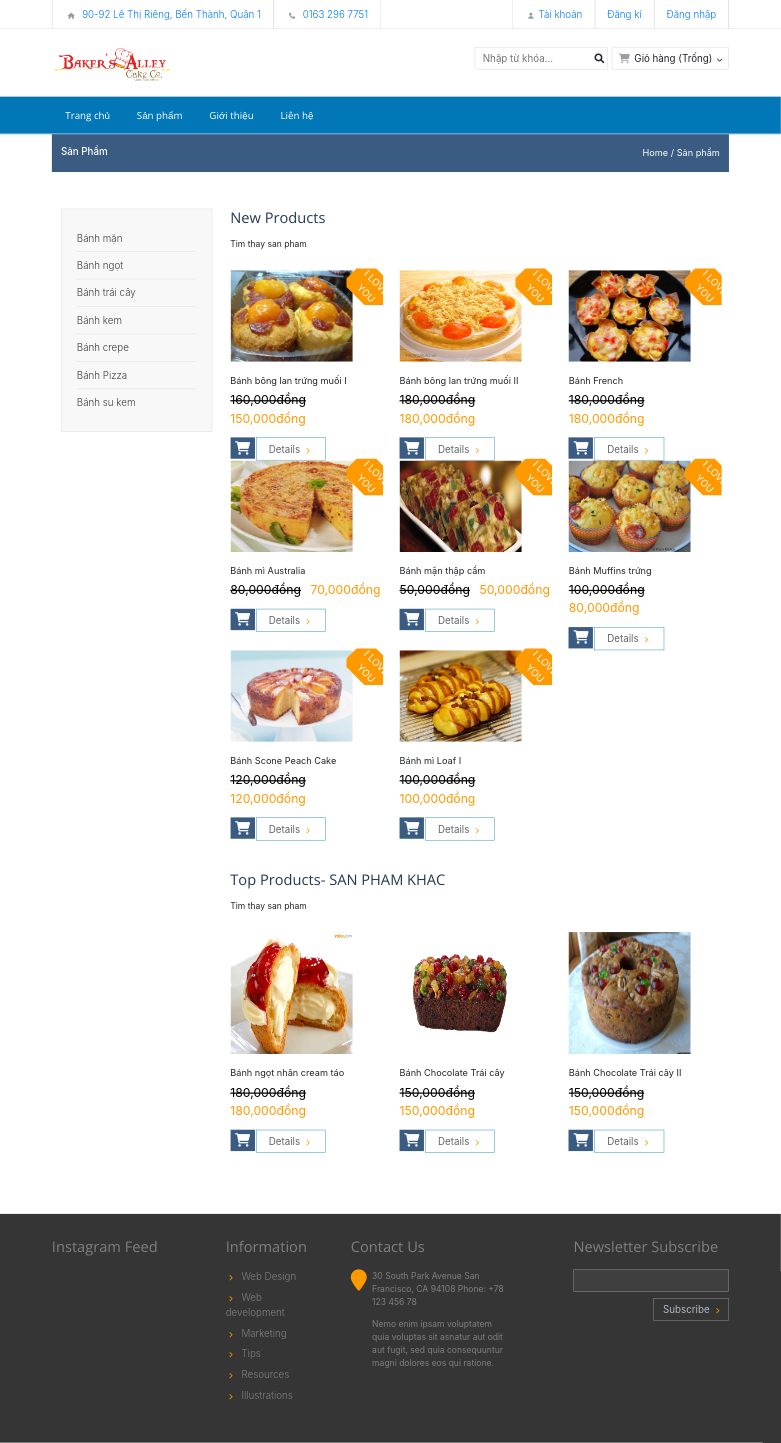
Repository: thidieu2005/Cake-Shop
Page: http://localhost/type-product/1
These files come from the project's save history. The page is drawn as it stood at one moment and after the next save; the edit follows.
The browser window is 1280 px wide. The pictures show the whole page, at 61% of full size.
Some web fonts or font styles are not loaded; a fallback is used. Some web libraries are served in a nearby version. The page is served by the project's Laravel application, run on PHP 8.4 with Laravel 10. Other server files are loaded and not shown. The database holds what the project's SQL file puts in it.

Above is the page before, as saved 2025-03-18 08:39:07.

### resources/views/page/loai_sanpham.blade.php
<meta charset="utf-8">
<meta name="viewport" content="width=device-width, initial-scale=1.0">
<meta name="description" content="">
<meta name="author" content="">
<title>Home | E-Shopper</title>
<link href='http://fonts.googleapis.com/css?family=Dosis:300,400' rel='stylesheet' type='text/css'>
<link href='http://fonts.googleapis.com/css?family=Open+Sans:400,300' rel='stylesheet' type='text/css'>
<link rel="stylesheet" href="http://netdna.bootstrapcdn.com/bootstrap/3.1.0/css/bootstrap.min.css">
<link rel="stylesheet" href="{{ asset('source/assets/dest/css/font-awesome.min.css') }}">
<link rel="stylesheet" href="{{ asset('source/assets/dest/vendors/colorbox/example3/colorbox.css') }}">
<link rel="stylesheet" href="{{ asset('source/assets/dest/rs-plugin/css/settings.css') }}">
<link rel="stylesheet" href="{{ asset('source/assets/dest/rs-plugin/css/responsive.css') }}">
<link rel="stylesheet" href="{{ asset('source/assets/dest/css/animate.css') }}">
<link rel="stylesheet" title="style" href="{{ asset('source/assets/dest/css/huong-style.css') }}">
<link rel="stylesheet" href="{{ asset('source/assets/dest/css/style.css') }}">
<!--[if lt IE 9]>
    <script src="js/html5shiv.js"></script>
    <script src="js/respond.min.js"></script>
    <![endif]-->
<link rel="shortcut icon" href="{{ asset('eshopper/images/ico/favicon.ico') }}">
<link rel="apple-touch-icon-precomposed" sizes="144x144" href="{{ asset('eshopper/images/ico/apple-touch-icon-144-precomposed.png') }}">
<link rel="apple-touch-icon-precomposed" sizes="114x114" href="{{ asset('eshopper/images/ico/apple-touch-icon-114-precomposed.png') }}">
<link rel="apple-touch-icon-precomposed" sizes="72x72" href="{{ asset('eshopper/images/ico/apple-touch-icon-72-precomposed.png') }}">
<link rel="apple-touch-icon-precomposed" href="{{ asset('eshopper/images/ico/apple-touch-icon-57-precomposed.png') }}">

@extends('layouts.master')
@section('content')
<div class="inner-header">
    <div class="container">
        <div class="pull-left">
            <h6 class="inner-title">Sản phẩm</h6>
        </div>
        <div class="pull-right">
            <div class="beta-breadcrumb font-large">
                <a href="/trangchu">Home</a> / <span>Sản phẩm</span>
            </div>
        </div>
        <div class="clearfix"></div>
    </div>
</div>
<div class="container">
    <div id="content" class="space-top-none">
        <div class="main-content">
            <div class="space60">&nbsp;</div>
            <div class="row">
                <div class="col-sm-3">
                    <ul class="aside-menu">
                        @foreach($type_product as $lsp)
                        <li><a href="{{route('type-product', $lsp->id)}}">{{$lsp->name}}</a></li>
                        @endforeach
                    </ul>
                </div>
                <div class="col-sm-9">
                    <div class="beta-products-list">
                        <h4>New Products</h4>
                        <div class="beta-products-details">
                            <p class="pull-left">Tim thay san pham</p>
                            <div class="clearfix"></div>
                        </div>

                        <div class="row">
                            @foreach($sp_theoloai as $sp)
                            <div class="col-sm-4">
                                <div class="single-item">
                                    @if($sp->promotion_price!=0)
                                    <div class="ribbon-wrapper">
                                        <div class="ribbon sale">i love you</div>
                                    </div>
                                    @endif
                                    <div class="single-item-header">
                                        <a href="product.html"><img width="200" height="150" src="/source/image/product/{{$sp->image}}" alt=""></a>
                                    </div>
                                    <div class="single-item-body" style="font-size: 18px">
                                        <p class="single-item-title">{{$sp->name}}</p>
                                        <p class="single-item-price">
                                            @if($sp->promotion_price==0)
                                            <span class="flash-sale">{{number_format($sp->unit_price)}}đồng</span>
                                            @else
                                            <span class="flash-del">{{number_format($sp->unit_price)}}đồng</span>
                                            <span class="flash-sale">{{number_format($sp->promotion_price)}}đồng</span>
                                            @endif
                                        </p>
                                    </div>
                                    <div class="single-item-caption">
                                        <a class="add-to-cart pull-left" href="shopping_cart.html"><i class="fa fa-shopping-cart"></i></a>
                                        <a class="beta-btn primary" href="product.html">Details <i class="fa fa-chevron-right"></i></a>
                                        <div class="clearfix"></div>
                                    </div>
                                </div>
                            </div>
                            @endforeach
                        </div>

                    </div> <!-- .beta-products-list -->

                    <div class="space50">&nbsp;</div>

                    <div class="beta-products-list">
                        <h4>Top Products- SAN PHAM KHAC</h4>
                        <div class="beta-products-details">
                            <p class="pull-left">Tim thay san pham</p>
                            <div class="clearfix"></div>
                        </div>
                        <div class="row">
                            @foreach($sp_khac as $sp_khac)
                            <div class="col-sm-4">
                                <div class="single-item">
                                    <div class="single-item-header">
                                        <a href="product.html"><img width="200" height="200" src="/source/image/product/{{$sp_khac->image}}" alt=""></a>
                                    </div>
                                    <div class="single-item-body" style="font-size: 18px">
                                        <p class="single-item-title">{{$sp_khac->name}}</p>
                                        <p class="single-item-price">
                                            @if($sp_khac->promotion_price==0)
                                            <span class="flash-sale">{{number_format($sp_khac->unit_price)}}đồng</span>
                                            @else
                                            <span class="flash-del">{{number_format($sp_khac->unit_price)}}đồng</span>
                                            <span class="flash-sale">{{number_format($sp_khac->promotion_price)}}đồng</span>
                                            @endif
                                        </p>
                                    </div>
                                    <div class="single-item-caption">
                                        <a class="add-to-cart pull-left" href="shopping_cart.html"><i class="fa fa-shopping-cart"></i></a>
                                        <a class="beta-btn primary" href="product.html">Details <i class="fa fa-chevron-right"></i></a>
                                        <div class="clearfix"></div>
                                    </div>
                                </div>
                            </div>
                            @endforeach
                        </div>

                        <div class="space40">&nbsp;</div>

                    </div> <!-- .beta-products-list -->
                </div>
            </div> <!-- end section with sidebar and main content -->


        </div> <!-- .main-content -->
    </div> <!-- #content -->
</div> <!-- .container -->
@endsection

### public/source/db_banhang.sql (the tables this page reads)
CREATE TABLE `products` (
  `id` int(10) UNSIGNED NOT NULL,
  `name` varchar(100) COLLATE utf8_unicode_ci DEFAULT NULL,
  `id_type` int(10) UNSIGNED DEFAULT NULL,
  `description` text COLLATE utf8_unicode_ci,
  `unit_price` float DEFAULT NULL,
  `promotion_price` float DEFAULT NULL,
  
  `image` varchar(255) COLLATE utf8_unicode_ci DEFAULT NULL,
  `unit` varchar(255) COLLATE utf8_unicode_ci DEFAULT NULL,
  `created_at` timestamp NULL DEFAULT NULL,
  `updated_at` timestamp NULL DEFAULT NULL
) ENGINE=InnoDB DEFAULT CHARSET=utf8 COLLATE=utf8_unicode_ci;

INSERT INTO `products` (`id`, `name`, `id_type`, `description`, `unit_price`, `promotion_price`, `image`, `unit`, `created_at`, `updated_at`) VALUES
(1, 'Bánh Crepe Sầu riêng', 5, '', 150000, 120000, '1430967449-pancake-sau-rieng-6.jpg', 'hộp', '2016-10-26 03:00:16', '2016-10-24 22:11:00'),
(2, 'Bánh Crepe Chocolate', 6, '', 180000, 160000, 'crepe-chocolate.jpg', 'hộp', '2016-10-26 03:00:16', '2016-10-24 22:11:00'),
(3, 'Bánh Crepe Sầu riêng - Chuối', 5, '', 150000, 120000, 'crepe-chuoi.jpg', 'hộp', '2016-10-26 03:00:16', '2016-10-24 22:11:00'),
(4, 'Bánh Crepe Đào', 5, '', 160000, 160000, 'crepe-dao.jpg', 'hộp', '2016-10-26 03:00:16', '2016-10-24 22:11:00'),
(5, 'Bánh Crepe Dâu', 5, '', 160000, 160000, 'crepedau.jpg', 'hộp', '2016-10-26 03:00:16', '2016-10-24 22:11:00'),
(6, 'Bánh Crepe Pháp', 5, '', 200000, 180000, 'crepe-phap.jpg', 'hộp', '2016-10-26 03:00:16', '2016-10-24 22:11:00'),
(7, 'Bánh Crepe Táo', 5, '', 160000, 160000, 'crepe-tao.jpg', 'hộp', '2016-10-26 03:00:16', '2016-10-24 22:11:00'),
(8, 'Bánh Crepe Trà xanh', 5, '', 160000, 150000, 'crepe-traxanh.jpg', 'hộp', '2016-10-26 03:00:16', '2016-10-24 22:11:00'),
(9, 'Bánh Crepe Sầu riêng và Dứa', 5, '', 160000, 150000, 'saurieng-dua.jpg', 'hộp', '2016-10-26 03:00:16', '2016-10-24 22:11:00'),
(11, 'Bánh Gato Trái cây Việt Quất', 3, '', 250000, 250000, '544bc48782741.png', 'cái', '2016-10-12 02:00:00', '2016-10-27 02:24:00'),
(12, 'Bánh sinh nhật rau câu trái cây', 3, '', 200000, 180000, '210215-banh-sinh-nhat-rau-cau-body- (6).jpg', 'cái', '2016-10-12 02:00:00', '2016-10-27 02:24:00'),
(13, 'Bánh kem Chocolate Dâu', 3, '', 300000, 280000, 'banh kem sinh nhat.jpg', 'cái', '2016-10-12 02:00:00', '2016-10-27 02:24:00'),
(14, 'Bánh kem Dâu III', 3, '', 300000, 280000, 'Banh-kem (6).jpg', 'cái', '2016-10-12 02:00:00', '2016-10-27 02:24:00'),
(15, 'Bánh kem Dâu I', 3, '', 350000, 320000, 'banhkem-dau.jpg', 'cái', '2016-10-12 02:00:00', '2016-10-27 02:24:00'),
(16, 'Bánh trái cây II', 3, '', 150000, 120000, 'banhtraicay.jpg', 'hộp', '2016-10-12 02:00:00', '2016-10-27 02:24:00'),
(17, 'Apple Cake', 3, '', 250000, 240000, 'Fruit-Cake_7979.jpg', 'cai', '2016-10-12 02:00:00', '2016-10-27 02:24:00'),
(18, 'Bánh ngọt nhân cream táo', 2, '', 180000, 180000, '20131108144733.jpg', 'hộp', '2016-10-13 02:20:00', '2016-10-19 03:20:00'),
(19, 'Bánh Chocolate Trái cây', 2, '', 150000, 150000, 'Fruit-Cake_7976.jpg', 'hộp', '2016-10-13 02:20:00', '2016-10-19 03:20:00'),
(20, 'Bánh Chocolate Trái cây II', 2, '', 150000, 150000, 'Fruit-Cake_7981.jpg', 'hộp', '2016-10-13 02:20:00', '2016-10-19 03:20:00'),
(21, 'Peach Cake', 2, '', 160000, 150000, 'Peach-Cake_3294.jpg', 'cái', '2016-10-13 02:20:00', '2016-10-19 03:20:00'),
(22, 'Bánh bông lan trứng muối I', 1, '', 160000, 150000, 'banhbonglantrung.jpg', 'hộp', '2016-10-13 02:20:00', '2016-10-19 03:20:00'),
(23, 'Bánh bông lan trứng muối II', 1, '', 180000, 180000, 'banhbonglantrungmuoi.jpg', 'hộp', '2016-10-13 02:20:00', '2016-10-19 03:20:00'),
(24, 'Bánh French', 1, '', 180000, 180000, 'banh-man-thu-vi-nhat-1.jpg', 'hộp', '2016-10-13 02:20:00', '2016-10-19 03:20:00'),
(25, 'Bánh mì Australia', 1, '', 80000, 70000, 'dung-khoai-tay-lam-banh-gato-man-cuc-ngon.jpg', 'hộp', '2016-10-13 02:20:00', '2016-10-19 03:20:00'),
(26, 'Bánh mặn thập cẩm', 1, '', 50000, 50000, 'Fruit-Cake.png', 'hộp', '2016-10-13 02:20:00', '2016-10-19 03:20:00'),
(27, 'Bánh Muffins trứng', 1, '', 100000, 80000, 'maxresdefault.jpg', 'hộp', '2016-10-13 02:20:00', '2016-10-19 03:20:00'),
(28, 'Bánh Scone Peach Cake', 1, '', 120000, 120000, 'Peach-Cake_3300.jpg', 'hộp', '2016-10-13 02:20:00', '2016-10-19 03:20:00'),
(29, 'Bánh mì Loaf I', 1, '', 100000, 100000, 'sli12.jpg', 'hộp', '2016-10-13 02:20:00', '2016-10-19 03:20:00'),
(30, 'Bánh kem Chocolate Dâu I', 4, '', 380000, 350000, 'sli12.jpg', 'cái', '2016-10-13 02:20:00', '2016-10-19 03:20:00'),
(31, 'Bánh kem Trái cây I', 4, '', 380000, 350000, 'Fruit-Cake.jpg', 'cái', '2016-10-13 02:20:00', '2016-10-19 03:20:00'),
(32, 'Bánh kem Trái cây II', 4, '', 380000, 350000, 'Fruit-Cake_7971.jpg', 'cái', '2016-10-13 02:20:00', '2016-10-19 03:20:00'),
(33, 'Bánh kem Doraemon', 4, '', 280000, 250000, 'p1392962167_banh74.jpg', 'cái', '2016-10-13 02:20:00', '2016-10-19 03:20:00'),
(34, 'Bánh kem Caramen Pudding', 4, '', 280000, 280000, 'Caramen-pudding636099031482099583.jpg', 'cái', '2016-10-13 02:20:00', '2016-10-19 03:20:00'),
(35, 'Bánh kem Chocolate Fruit', 4, '', 320000, 300000, 'chocolate-fruit636098975917921990.jpg', 'cái', '2016-10-13 02:20:00', '2016-10-19 03:20:00'),
(36, 'Bánh kem Coffee Chocolate GH6', 4, '', 320000, 300000, 'COFFE-CHOCOLATE636098977566220885.jpg', 'cái', '2016-10-13 02:20:00', '2016-10-19 03:20:00'),
(37, 'Bánh kem Mango Mouse', 4, '', 320000, 300000, 'mango-mousse-cake.jpg', 'cái', '2016-10-13 02:20:00', '2016-10-19 03:20:00'),
(38, 'Bánh kem Matcha Mouse', 4, '', 350000, 330000, 'MATCHA-MOUSSE.jpg', 'cái', '2016-10-13 02:20:00', '2016-10-19 03:20:00'),
(39, 'Bánh kem Flower Fruit', 4, '', 350000, 330000, 'flower-fruits636102461981788938.jpg', 'cái', '2016-10-13 02:20:00', '2016-10-19 03:20:00'),
(40, 'Bánh kem Strawberry Delight', 4, '', 350000, 330000, 'strawberry-delight636102445035635173.jpg', 'cái', '2016-10-13 02:20:00', '2016-10-19 03:20:00'),
(41, 'Bánh kem Raspberry Delight', 4, '', 350000, 330000, 'raspberry.jpg', 'cái', '2016-10-13 02:20:00', '2016-10-19 03:20:00'),
(42, 'Beefy Pizza', 6, 'Thịt bò xay, ngô, sốt BBQ, phô mai mozzarella', 150000, 130000, '40819_food_pizza.jpg', 'cái', '2016-10-13 02:20:00', '2016-10-19 03:20:00'),
(43, 'Hawaii Pizza', 6, 'Sốt cà chua, ham , dứa, pho mai mozzarella', 120000, 120000, 'hawaiian paradise_large-900x900.jpg', 'cái', '2016-10-13 02:20:00', '2016-10-19 03:20:00'),
(44, 'Smoke Chicken Pizza', 6, 'Gà hun khói,nấm, sốt cà chua, pho mai mozzarella.', 120000, 120000, 'chicken black pepper_large-900x900.jpg', 'cái', '2016-10-13 02:20:00', '2016-10-19 03:20:00'),
(45, 'Sausage Pizza', 6, 'Xúc xích klobasa, Nấm, Ngô, sốtcà chua, pho mai Mozzarella.', 120000, 120000, 'pizza-miami.jpg', 'cái', '2016-10-13 02:20:00', '2016-10-19 03:20:00'),
(46, 'Ocean Pizza', 6, 'Tôm , mực, xào cay,ớt xanh, hành tây, cà chua, phomai mozzarella.', 120000, 120000, 'seafood curry_large-900x900.jpg', 'cái', '2016-10-13 02:20:00', '2016-10-19 03:20:00'),
(47, 'All Meaty Pizza', 6, 'Ham, bacon, chorizo, pho mai mozzarella.', 140000, 140000, 'all1).jpg', 'cái', '2016-10-13 02:20:00', '2016-10-19 03:20:00'),
(48, 'Tuna Pizza', 6, 'Cá Ngừ, sốt Mayonnaise,sốt càchua, hành tây, pho mai Mozzarella', 140000, 140000, '54eaf93713081_-_07-germany-tuna.jpg', 'cái', '2016-10-13 02:20:00', '2016-10-19 03:20:00'),
(49, 'Bánh su kem nhân dừa', 7, '', 120000, 100000, 'maxresdefault.jpg', 'cái', '2016-10-13 02:20:00', '2016-10-19 03:20:00'),
(50, 'Bánh su kem sữa tươi', 7, '', 120000, 100000, 'sukem.jpg', 'cái', '2016-10-13 02:20:00', '2016-10-19 03:20:00'),
(51, 'Bánh su kem sữa tươi chiên giòn', 7, '', 150000, 150000, '1434429117-banh-su-kem-chien-20.jpg', 'hộp', '2016-10-13 02:20:00', '2016-10-19 03:20:00'),
(52, 'Bánh su kem dâu sữa tươi', 7, '', 150000, 150000, 'sukemdau.jpg', 'hộp', '2016-10-13 02:20:00', '2016-10-19 03:20:00'),
(53, 'Bánh su kem bơ sữa tươi', 7, '', 150000, 150000, 'He-Thong-Banh-Su-Singapore-Chewy-Junior.jpg', 'hộp', '2016-10-13 02:20:00', '2016-10-19 03:20:00'),
(54, 'Bánh su kem nhân trái cây sữa tươi', 7, '', 150000, 150000, 'foody-banh-su-que-635930347896369908.jpg', 'hộp', '2016-10-13 02:20:00', '2016-10-19 03:20:00'),
(55, 'Bánh su kem cà phê', 7, '', 150000, 150000, 'banh-su-kem-ca-phe-1.jpg', 'hộp', '2016-10-13 02:20:00', '2016-10-19 03:20:00'),
(56, 'Bánh su kem phô mai', 7, '', 150000, 150000, '50020041-combo-20-banh-su-que-pho-mai-9.jpg', 'hộp', '2016-10-13 02:20:00', '2016-10-19 03:20:00'),
(57, 'Bánh su kem sữa tươi chocolate', 7, '', 150000, 150000, 'combo-20-banh-su-que-kem-sua-tuoi-phu-socola.jpg', 'hộp', '2016-10-13 02:20:00', '2016-10-19 03:20:00'),
(58, 'Bánh Macaron Pháp', 2, 'Thưởng thức macaron, người ta có thể tìm thấy từ những hương vị truyền thống như mâm xôi, chocolate, cho đến những hương vị mới như nấm và trà xanh. Macaron với vị giòn tan của vỏ bánh, béo ngậy ngọt ngào của phần nhân, với vẻ ngoài đáng yêu và nhiều màu sắc đẹp mắt, đây là món bạn không nên bỏ qua khi khám phá nền ẩm thực Pháp.', 200000, 180000, 'Macaron9.jpg', '', '2016-10-26 17:00:00', '2016-10-11 17:00:00'),
(59, 'Bánh Tiramisu - Italia', 2, 'Chỉ cần cắn một miếng, bạn sẽ cảm nhận được tất cả các hương vị đó hòa quyện cùng một chính vì thế người ta còn ví món bánh này là Thiên đường trong miệng của bạn', 200000, 200000, '234.jpg', '', '2016-10-26 17:00:00', '2016-10-11 17:00:00'),
(60, 'Bánh Táo - Mỹ', 2, 'Bánh táo Mỹ với phần vỏ bánh mỏng, giòn mềm, ẩn chứa phần nhân táo thơm ngọt, điểm chút vị chua dịu của trái cây quả sẽ là một lựa chọn hoàn hảo cho những tín đồ bánh ngọt trên toàn thế giới.', 200000, 200000, '1234.jpg', '', '2016-10-26 17:00:00', '2016-10-11 17:00:00'),
(61, 'Bánh Cupcake - Anh Quốc', 6, 'Những chiếc cupcake có cấu tạo gồm phần vỏ bánh xốp mịn và phần kem trang trí bên trên rất bắt mắt với nhiều hình dạng và màu sắc khác nhau. Cupcake còn được cho là chiếc bánh mang lại niềm vui và tiếng cười như chính hình dáng đáng yêu của chúng.', 150000, 120000, 'cupcake.jpg', 'cái', NULL, NULL),
(62, 'Bánh Sachertorte', 6, 'Sachertorte là một loại bánh xốp được tạo ra bởi loại&nbsp;chocholate&nbsp;tuyệt hảo nhất của nước Áo. Sachertorte có vị ngọt nhẹ, gồm nhiều lớp bánh được làm từ ruột bánh mì và bánh sữa chocholate, xen lẫn giữa các lớp bánh là mứt mơ. Món bánh chocholate này nổi tiếng tới mức thành phố Vienna của Áo đã ấn định&nbsp;tổ chức một ngày Sachertorte quốc gia, vào 5/12 hằng năm', 250000, 220000, '111.jpg', 'cái', NULL, NULL);

ALTER TABLE `products`
  ADD PRIMARY KEY (`id`),
  ADD KEY `products_id_type_foreign` (`id_type`);

ALTER TABLE `products`
  MODIFY `id` int(10) UNSIGNED NOT NULL AUTO_INCREMENT, AUTO_INCREMENT=63;

ALTER TABLE `products`
  ADD CONSTRAINT `products_id_type_foreign` FOREIGN KEY (`id_type`) REFERENCES `type_products` (`id`);

CREATE TABLE `type_products` (
  `id` int(10) UNSIGNED NOT NULL,
  `name` varchar(100) COLLATE utf8_unicode_ci NOT NULL,
  `description` text COLLATE utf8_unicode_ci NOT NULL,
  `image` varchar(255) COLLATE utf8_unicode_ci NOT NULL,
  `created_at` timestamp NULL DEFAULT NULL,
  `updated_at` timestamp NULL DEFAULT NULL
) ENGINE=InnoDB DEFAULT CHARSET=utf8 COLLATE=utf8_unicode_ci;

INSERT INTO `type_products` (`id`, `name`, `description`, `image`, `created_at`, `updated_at`) VALUES
(1, 'Bánh mặn', 'Nếu từng bị mê hoặc bởi các loại tarlet ngọt thì chắn chắn bạn không thể bỏ qua những loại tarlet mặn. Ngoài hình dáng bắt mắt, lớp vở bánh giòn giòn cùng với nhân mặn như thịt gà, nấm, thị heo ,… của bánh sẽ chinh phục bất cứ ai dùng thử.', 'banh-man-thu-vi-nhat-1.jpg', NULL, NULL),
(2, 'Bánh ngọt', 'Bánh ngọt là một loại thức ăn thường dưới hình thức món bánh dạng bánh mì từ bột nhào, được nướng lên dùng để tráng miệng. Bánh ngọt có nhiều loại, có thể phân loại dựa theo nguyên liệu và kỹ thuật chế biến như bánh ngọt làm từ lúa mì, bơ, bánh ngọt dạng bọt biển. Bánh ngọt có thể phục vụ những mục đính đặc biệt như bánh cưới, bánh sinh nhật, bánh Giáng sinh, bánh Halloween..', '20131108144733.jpg', '2016-10-12 02:16:15', '2016-10-13 01:38:35'),
(3, 'Bánh trái cây', 'Bánh trái cây, hay còn gọi là bánh hoa quả, là một món ăn chơi, không riêng gì của Huế nhưng khi "lạc" vào mảnh đất Cố đô, món bánh này dường như cũng mang chút tinh tế, cầu kỳ và đặc biệt. Lấy cảm hứng từ những loại trái cây trong vườn, qua bàn tay khéo léo của người phụ nữ Huế, món bánh trái cây ra đời - ngọt thơm, dịu nhẹ làm đẹp lòng biết bao người thưởng thức.', 'banhtraicay.jpg', '2016-10-18 00:33:33', '2016-10-15 07:25:27'),
(4, 'Bánh kem', 'Với người Việt Nam thì bánh ngọt nói chung đều hay được quy về bánh bông lan – một loại tráng miệng bông xốp, ăn không hoặc được phủ kem lên thành bánh kem. Tuy nhiên, cốt bánh kem thực ra có rất nhiều loại với hương vị, kết cấu và phương thức làm khác nhau chứ không chỉ đơn giản là “bánh bông lan” chung chung đâu nhé!', 'banhkem.jpg', '2016-10-26 03:29:19', '2016-10-26 02:22:22'),
(5, 'Bánh crepe', 'Crepe là một món bánh nổi tiếng của Pháp, nhưng từ khi du nhập vào Việt Nam món bánh đẹp mắt, ngon miệng này đã làm cho biết bao bạn trẻ phải “xiêu lòng”', 'crepe.jpg', '2016-10-28 04:00:00', '2016-10-27 04:00:23'),
(6, 'Bánh Pizza', 'Pizza đã không chỉ còn là một món ăn được ưa chuộng khắp thế giới mà còn được những nhà cầm quyền EU chứng nhận là một phần di sản văn hóa ẩm thực châu Âu. Và để được chứng nhận là một nhà sản xuất pizza không hề đơn giản. Người ta phải qua đủ mọi các bước xét duyệt của chính phủ Ý và liên minh châu Âu nữa… tất cả là để đảm bảo danh tiếng cho món ăn này.', 'pizza.jpg', '2016-10-25 17:19:00', NULL),
(7, 'Bánh su kem', 'Bánh su kem là món bánh ngọt ở dạng kem được làm từ các nguyên liệu như bột mì, trứng, sữa, bơ.... đánh đều tạo thành một hỗn hợp và sau đó bằng thao tác ép và phun qua một cái túi để định hình thành những bánh nhỏ và cuối cùng được nướng chín. Bánh su kem có thể thêm thành phần Sô cô la để tăng vị hấp dẫn. Bánh có xuất xứ từ nước Pháp.', 'sukemdau.jpg', '2016-10-25 17:19:00', NULL);

ALTER TABLE `type_products`
  ADD PRIMARY KEY (`id`);

ALTER TABLE `type_products`
  MODIFY `id` int(10) UNSIGNED NOT NULL AUTO_INCREMENT, AUTO_INCREMENT=8;

Loaded but not shown: app/Http/Controllers/Controller.php (common file); public/source/assets/dest/css/font-awesome.min.css (library); public/source/assets/dest/vendors/colorbox/example3/colorbox.css (common file); public/source/assets/dest/css/animate.css (library); public/source/assets/dest/css/huong-style.css (common file); public/source/assets/dest/css/style.css (5914 lines, source omitted); public/source/assets/dest/rs-plugin/css/settings.css (1496 lines, source omitted); resources/views/commons/header.blade.php (108 lines, source omitted); app/Http/Controllers/PageController.php (115 lines, source omitted); public/source/assets/dest/rs-plugin/css/responsive.css (87 lines, source omitted); routes/web.php (68 lines, source omitted); resources/views/commons/footer.blade.php (50 lines, source omitted); resources/views/layouts/master.blade.php (44 lines, source omitted); app/Models/Product.php (30 lines, source omitted); app/Models/ProductType.php (16 lines, source omitted); app/Providers/AppServiceProvider.php (33 lines, source omitted)

After the next save:
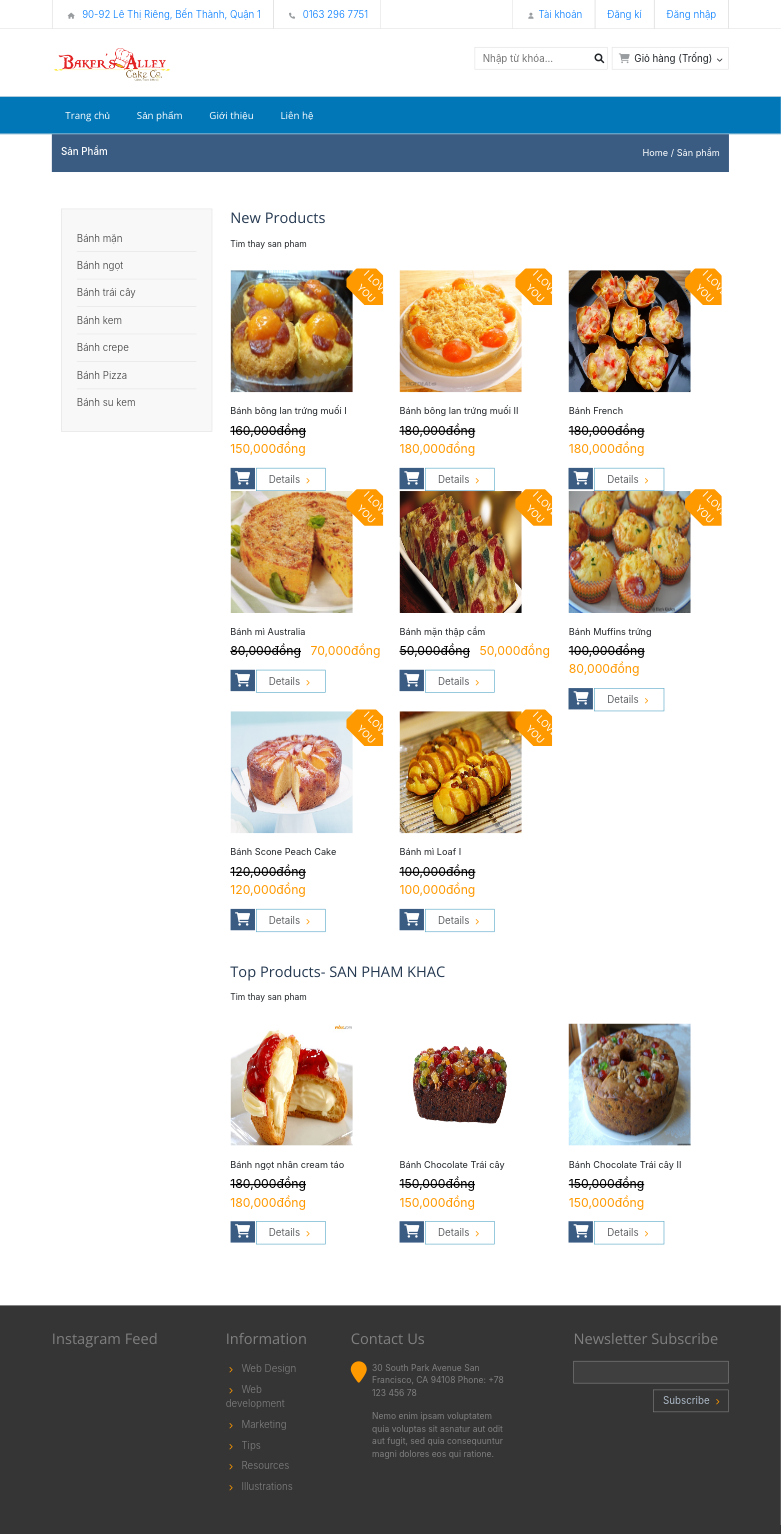
Saved 8 s later.
--- a/resources/views/page/loai_sanpham.blade.php
+++ b/resources/views/page/loai_sanpham.blade.php
@@ -68,7 +68,7 @@
                                     </div>
                                     @endif
                                     <div class="single-item-header">
-                                        <a href="product.html"><img width="200" height="150" src="/source/image/product/{{$sp->image}}" alt=""></a>
+                                        <a href="product.html"><img width="200" height="200" src="/source/image/product/{{$sp->image}}" alt=""></a>
                                     </div>
                                     <div class="single-item-body" style="font-size: 18px">
                                         <p class="single-item-title">{{$sp->name}}</p>
